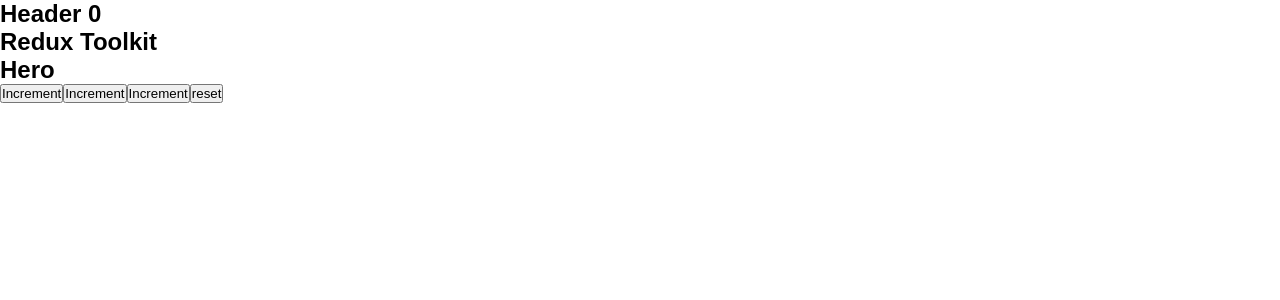
Repository: SitoraRashidova/userCrudFront
Page: /
An editor plug-in stored every save of this project. The page is shown before and after a run of saves, followed by the edit.
The browser window is 1280 px wide. The pictures show the whole page.
The project was rebuilt for these pictures with package versions that can differ from the ones it lists, and the page was loaded fresh each time. Also part of the build but not shown: vite.config.js.

Above is the page before, as saved 2024-12-09 22:39:29.

After the next 5 saves:
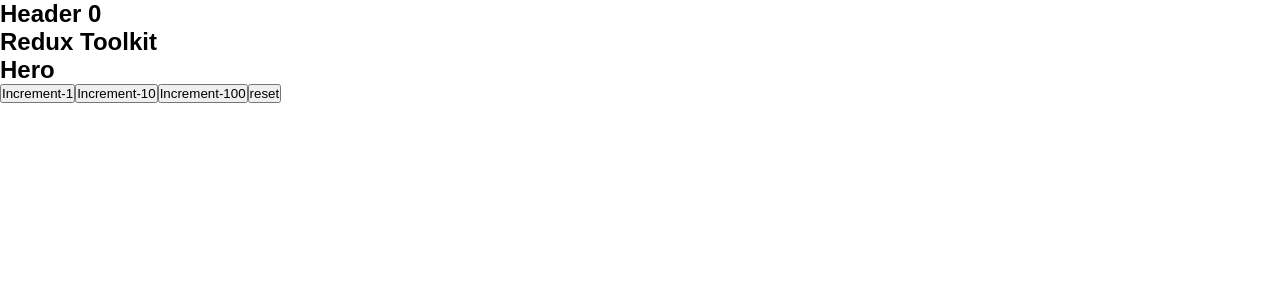
The 5 saves are shown as one change because they came seconds apart.
The last was saved 97 s later.
--- a/src/components/Hero.jsx
+++ b/src/components/Hero.jsx
@@ -6,9 +6,9 @@
   return (
     <div>
       <h2>Hero</h2>
-      <button onClick={() => dispatch(inc(1))}>Increment</button>
-      <button onClick={() => dispatch(inc(10))}>Increment</button>
-      <button onClick={() => dispatch(inc(100))}>Increment</button>
+      <button onClick={() => dispatch(inc(1))}>Increment-1</button>
+      <button onClick={() => dispatch(inc(10))}>Increment-10</button>
+      <button onClick={() => dispatch(inc(100))}>Increment-100</button>
       <button onClick={() => dispatch(reset())}>reset</button>
     </div>
   );
